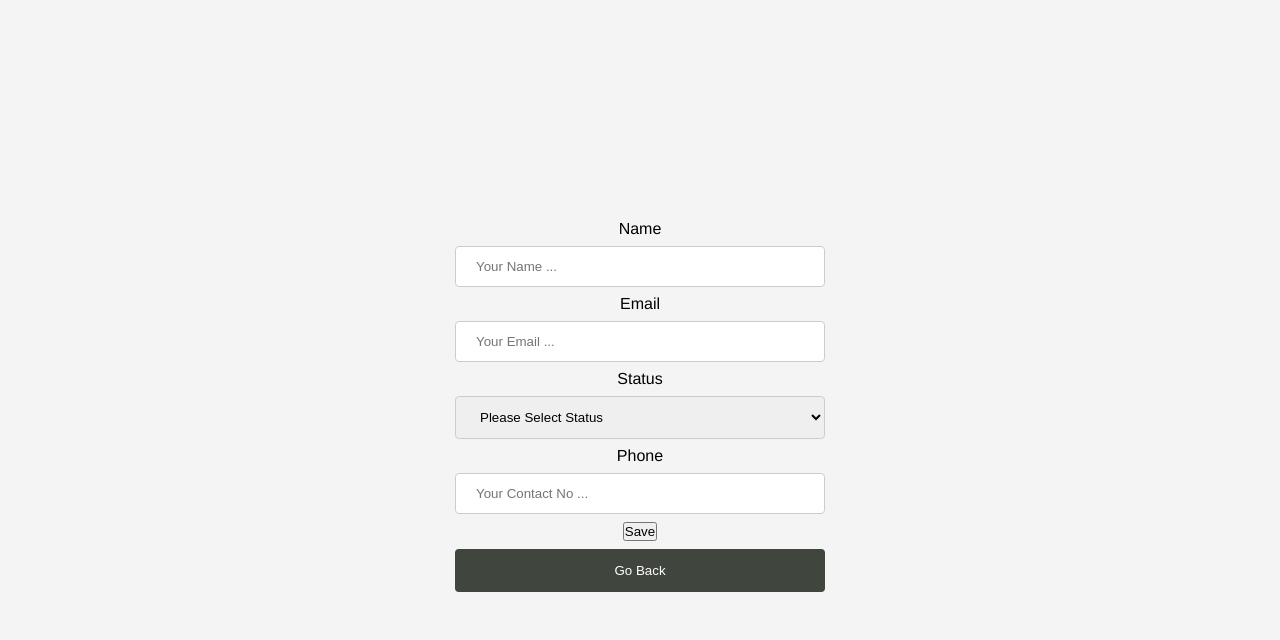
Repository: fdhhhdjd/Redux-Toolkit-CURD-Firebase
Page: /add
An editor plug-in stored every save of this project. The page is shown before and after the next save, followed by the edit.
The browser window is 1280 px wide. The pictures show the whole page.
The project was rebuilt for these pictures with package versions that can differ from the ones it lists, and the page was loaded fresh each time. Also part of the build but not shown: src/Component/Toast.js, src/Styles/Toasts.css, src/Component/Toasts.js, src/Component/Home.js, src/Styles/View.css, src/Component/View.js.

Above is the page before, as saved 2021-10-25 10:59:49.

### src/index.js
import React from "react";
import ReactDOM from "react-dom";
import "./index.css";
import App from "./App";
import store from "./Redux/Store";
import { Provider } from "react-redux";
import * as serviceWorker from "./serviceWorker";
import { ToastContextProvider } from "./ToastContext/ToastContext";

ReactDOM.render(
  <React.StrictMode>
    <Provider store={store}>
      <ToastContextProvider>
        <App />
      </ToastContextProvider>
    </Provider>
  </React.StrictMode>,
  document.getElementById("root")
);

// If you want your app to work offline and load faster, you can change
// unregister() to register() below. Note this comes with some pitfalls.
// Learn more about service workers: https://bit.ly/CRA-PWA
serviceWorker.unregister();

### src/App.js
import React from "react";
import "./App.css";
import { BrowserRouter, Switch, Route } from "react-router-dom";
import { ToastContainer } from "react-toastify";
import "react-toastify/dist/ReactToastify.css";
import { Home, View, AddEdit } from "./import/Index";
function App() {
  return (
    <>
      <BrowserRouter>
        <div className="App">
          <ToastContainer position="top-center" />
          <Switch>
            <Route exact path="/" component={Home} />
            <Route path="/add" component={AddEdit} />
            <Route path="/update/:id" component={AddEdit} />
            <Route path="/view/:id" component={View} />
          </Switch>
        </div>
      </BrowserRouter>
    </>
  );
}

export default App;

### src/Redux/Store.js
import { configureStore, createStore } from "@reduxjs/toolkit";
import logger from "redux-logger";
import thunk from "redux-thunk";
import { composeWithDevTools } from "redux-devtools-extension";
import ContactReducer from "./ContactSlice";
const middleware = [thunk];
if (process.env.NODE_ENV === "development") {
  middleware.push(logger);
}
const store = configureStore({
  reducer: {
    todos: ContactReducer,
    middleware: [logger],
  },
});

export default store;

### src/ToastContext/ToastContext.js
import React, { useState, createContext, useEffect, useRef } from "react";
export const ToastContext = createContext();
export const ToastContextProvider = ({ children }) => {
  const [list, setList] = useState([]);
  let toastProperties = null;
  const showToast = (type) => {
    switch (type) {
      case "success":
        toastProperties = {
          id: list.length + 1,
          title: "Success",
          icon: "fas fa-check-circle",
          description: "Add user Success 😊",
          backgroundColor: "toast--success",
        };
        break;
      case "danger":
        toastProperties = {
          id: list.length + 1,
          title: "Danger",
          description: "Thất bại",
          backgroundColor: "toast--error",
          button: "btn btn--danger",
          json: "fas fa-exclamation-triangle",
        };
        break;
      case "info":
        toastProperties = {
          id: list.length + 1,
          title: "Info",
          description: "Khá thành công",
          backgroundColor: "toast--info",
          json: "fas fa-info",
        };
        break;
      case "warning":
        toastProperties = {
          id: list.length + 1,
          title: "Warning",
          description: "Gần thất bại",
          backgroundColor: "toast--warning",
          json: "fas fa-radiation-alt",
        };
        break;
      default:
        toastProperties = [];
    }
    setList([...list, toastProperties]);
  };
  const data = { list, setList, showToast };

  return <ToastContext.Provider value={data}>{children}</ToastContext.Provider>;
};

### src/import/Index.js
export { default as Home } from "../Component/Home";
export { default as AddEdit } from "../Component/AddEdit";
export { default as View } from "../Component/View";

### src/Redux/ContactSlice.js
import { createSlice, createAsyncThunk } from "@reduxjs/toolkit";
import { v4 as uuidv4 } from "uuid";
import { nanoid } from "nanoid";
const initialState = {
  contacts: [
    {
      id: 1,
      name: "Nguyễn Tiến Tài",
      email: "nguyentientai10@gmai.com",
      phone: "0798805741",
      status: "Active",
    },
    {
      id: 2,
      name: "Nguyễn Hữu Quyền",
      email: "huuquyen2000@gmail.com",
      phone: "09658235656",
      status: "Inactive",
    },
    {
      id: 3,
      name: "Nguyễn Bảo Khang",
      email: "jbaokhangdesigner@gmail.com",
      phone: "0353263452",
      status: "Active",
    },
    {
      id: 4,
      name: "Bùi Huỳnh Quốc Trung	",
      email: "quoctrung@gmail.com",
      phone: "0348561815",
      status: "Inactive",
    },
    {
      id: 5,
      name: "Trần Phi Hoàng",
      email: "phihoang1@gmail.com",
      phone: "0936095986",
      status: "Active",
    },
  ],
  contact: {
    name: "",
    email: "",
    phone: "",
    status: "",
  },
  filter: "All",
};
const TodoSlice = createSlice({
  name: "todos",
  initialState,
  reducers: {
    getContact: (state, action) => {
      state.contact = state.contacts.find((item) => item.id == action.payload);
    },
    addContact: (state, action) => {
      const newData = { ...action.payload, id: uuidv4() };
      state.contacts = [...state.contacts, newData];
    },
    deleteContact: (state, action) => {
      state.contacts = state.contacts.filter(
        (item) => item.id !== action.payload
      );
    },
    updateContact: (state, action) => {
      state.contacts = state.contacts.map((item) =>
        item.id === action.payload.id ? action.payload : item
      );
    },
    setFilter: (state, action) => {
      state.filter = action.payload;
    },
  },
});
const ContactReducer = TodoSlice.reducer;
export const {
  addContact,
  deleteContact,
  getContact,
  updateContact,
  setFilter,
} = TodoSlice.actions;
export const GetTodo = (state) => state.todos;
export default ContactReducer;

### src/Component/AddEdit.js
import React, { useContext, useEffect, useState } from "react";
import {
  addContact,
  getContact,
  GetTodo,
  updateContact,
} from "../Redux/ContactSlice";
import "../Styles/AddEdit.css";
import { toast } from "react-toastify";
import { useDispatch, useSelector } from "react-redux";
import { Link, useHistory, useParams } from "react-router-dom";
import Button from "../Component/Button";
import { ToastContext } from "../ToastContext/ToastContext";
const initialState = {
  name: "",
  email: "",
  phone: "",
  status: "",
};
const AddEdit = () => {
  const [state, setState] = useState(initialState);
  const dispatch = useDispatch();
  const { showToast } = useContext(ToastContext);
  const history = useHistory();
  const { id } = useParams();
  const { name, email, phone, status } = state;
  const { contact } = useSelector(GetTodo);
  const handleSubmit = (e) => {
    e.preventDefault();
    if (!name || !email || !phone || !status) {
      toast.error("Please Enter Input !!!");
    } else {
      if (!id) {
        dispatch(addContact(state), showToast("success"));
      } else {
        dispatch(updateContact(state), toast.success("Edit user Success 👌 "));
      }
      setTimeout(() => {
        history.push("/");
      }, 500);
    }
  };
  const handleInputChange = (e) => {
    let { name, value } = e.target;
    setState({ ...state, [name]: value });
  };
  const handleDropdownChange = (e) => {
    const { name, value } = e.target;
    setState({ ...state, [name]: value });
  };
  useEffect(() => {
    dispatch(getContact(id));
    setState({ ...contact });
  }, [id, contact]);
  return (
    <>
      <div style={{ marginTop: "100px" }}>
        <form
          style={{
            margin: "auto",
            padding: "15px",
            maxWidth: "400px",
            alignContent: "center",
          }}
          onSubmit={handleSubmit}
        >
          <label htmlFor="name">Name</label>
          <input
            type="text"
            id="name"
            name="name"
            placeholder="Your Name ..."
            value={name || ""}
            onChange={handleInputChange}
          />
          <label htmlFor="email">Email</label>
          <input
            type="email"
            id="email"
            name="email"
            placeholder="Your Email ..."
            value={email || ""}
            onChange={handleInputChange}
          />
          <label htmlFor="status">Status</label>
          <select
            className="dropdown"
            name="status"
            onChange={handleDropdownChange}
          >
            <option>Please Select Status</option>
            <option value="Active" selected={status === "Active" ? status : ""}>
              Active
            </option>
            <option
              value="Inactive"
              selected={status === "Inactive" ? status : ""}
            >
              Inactive
            </option>
          </select>
          <label htmlFor="phone">Phone</label>
          <input
            type="text"
            id="phone"
            name="phone"
            placeholder="Your Contact No ..."
            value={phone || ""}
            onChange={handleInputChange}
          />
          <Button handleSubmit={handleSubmit}>Save</Button>
          <Link to="/">
            <input type="button" value="Go Back" />
          </Link>
        </form>
      </div>
    </>
  );
};

export default AddEdit;

### src/Styles/AddEdit.css
input[type="text"],
input[type="email"],
input[type="number"],
select {
  width: 100%;
  padding: 12px 20px;
  margin: 8px 0;
  display: inline-block;
  border: 1px solid #ccc;
  border-radius: 4px;
  box-sizing: border-box;
}

input[type="submit"] {
  width: 100%;
  background-color: #4caf50;
  color: white;
  padding: 14px 20px;
  margin: 8px 0;
  border: none;
  border-radius: 4px;
  cursor: pointer;
}

input[type="button"] {
  width: 100%;
  background-color: #40453e;
  color: white;
  padding: 14px 20px;
  margin: 8px 0;
  border: none;
  border-radius: 4px;
  cursor: pointer;
}

input[type="submit"]:hover {
  background-color: #45a049;
}

.dropdown {
  width: 100%;
}

### src/Component/Button.js
import React from "react";
const Button = ({ btn, handleClick, children, handleSubmit }) => (
  <button className={btn} onClick={(handleClick, handleSubmit)}>
    {children}
  </button>
);

export default Button;

### src/Styles/toast.css
 * {
  padding: 0;
  margin: 0;
  box-sizing: border-box;
}

body {
  height: 100vh;
  display: flex;
  flex-direction: column;
  font-family: "Helvetica Neue";
  background-color: #f4f4f5;
}

body > div {
  margin: auto;
}

.btn1 {
  display: inline-block;
  text-decoration: none;
  background-color: transparent;
  border: none;
  outline: none;
  color: #fff;
  padding: 12px 48px;
  border-radius: 50px;
  cursor: pointer;
  min-width: 120px;
  transition: opacity 0.2s ease;
}




.btn--size-l {
  padding: 16px 56px;
}

.btn--size-s {
  padding: 8px 32px;
}

.btn:hover {
  opacity: 0.8;
}

.btn + .btn {
  margin-left: 16px;
}

.btn--success {
  background-color: #71be34;
}

.btn--warn {
  background-color: #ffb702;
}
.btn--info {
  background-color: lightblue;
}

.btn--danger {
  background-color: #ff623d;
}

.btn--disabled {
  opacity: 0.5 !important;
  cursor: default;
}


#toast {
  position: fixed;
  top: 32px;
  right: 32px;
  z-index: 999999;
}


.toast {
  display: flex;
  align-items: center;
  background-color: #fff;
  border-radius: 2px;
  padding: 20px 0;
  min-width: 400px;
  max-width: 450px;
  border-left: 4px solid;
  box-shadow: 0 5px 8px rgba(0, 0, 0, 0.08);
  transition: all linear 0.3s;
  animation: slideInLeft ease .3s,fadeOut linear 1s 3s forwards;
}

@keyframes slideInLeft {
  from {
    opacity: 0;
    transform: translateX(calc(100% + 32px));
  }
  to {
    opacity: 1;
    transform: translateX(0);
  }
}

@keyframes fadeOut {
  to {
    opacity: 0;
  }
}

.toast--success {
  border-color: #47d864;
}

.toast--success .toast__icon {
  color: #47d864;
}

.toast--info {
  border-color: #2f86eb;
}

.toast--info .toast__icon {
  color: #2f86eb;
}

.toast--warning {
  border-color: #ffc021;
}

.toast--warning .toast__icon {
  color: #ffc021;
}

.toast--error {
  border-color: #ff623d;
}

.toast--error .toast__icon {
  color: #ff623d;
}

.toast + .toast {
  margin-top: 24px;
}

.toast__icon {
  font-size: 24px;
  width: 8rem;
  height:3rem;
}

.toast__icon,
.toast__close {
  padding: 0 16px;
}

.toast__body {
  flex-grow: 1;
}

.toast__title {
  font-size: 16px;
  font-weight: 600;
  color: #333;
}

.toast__msg {
  font-size: 14px;
  color: #888;
  margin-top: 6px;
  line-height: 1.5;
}

.toast__close {
  font-size: 20px;
  color: rgba(0, 0, 0, 0.3);
  cursor: pointer;
}
.fa{
  width: 4rem;
  height:3rem;
}

### src/Styles/Home.css
.styled-table {
    border-collapse: collapse;
    margin: auto;
    font-size: 0.9em;
    font-family: sans-serif;
    max-width: 1000px;
    box-shadow: 0 0 20px rgba(0, 0, 0, 0.15);
  }

  .styled-table thead tr {
    background-color: #009879;
    color: #ffffff;
    text-align: left;
  }

  .styled-table th,
  .styled-table td {
    padding: 12px 15px;
  }

  .styled-table tbody tr {
    border-bottom: 1px solid #dddddd;
  }

  .styled-table tbody tr:nth-of-type(even) {
    background-color: #f3f3f3;
  }

  .styled-table tbody tr:last-of-type {
    border-bottom: 2px solid #009879;
  }

  .btn {
    border: none;
    color: white;
    padding: 5px 8px;
    text-align: center;
    text-decoration: none;
    display: inline-block;
    border-radius: 5px;
    font-size: 16px;
    margin: 4px 2px;
    cursor: pointer;
  }

  .btn-edit {
    background-color: #008cba;
  }

  .btn-delete {
    background-color: #f44336;
  }

  .btn-view {
    background-color: #e7e7e7;
    color: black;
  }

  .btn-contact {
    background-color: #e82764;
    margin-bottom: 10px;
  }


  .btn-active {
    background-color: #808c4a;
    color: #fff;
  }

  .btn-inactive {
    background-color: #445f61;
    color: #fff;
  }

  .btn-reset {
    background-color: darkolivegreen;
    color: #fff;
  }
  .btn-reload{
    background-color: chartreuse;
    color: white;
  }

Loaded but not shown: public/index.html (common file); src/index.css (common file); src/serviceWorker.js (common file); src/App.css (common file)

After the next save:
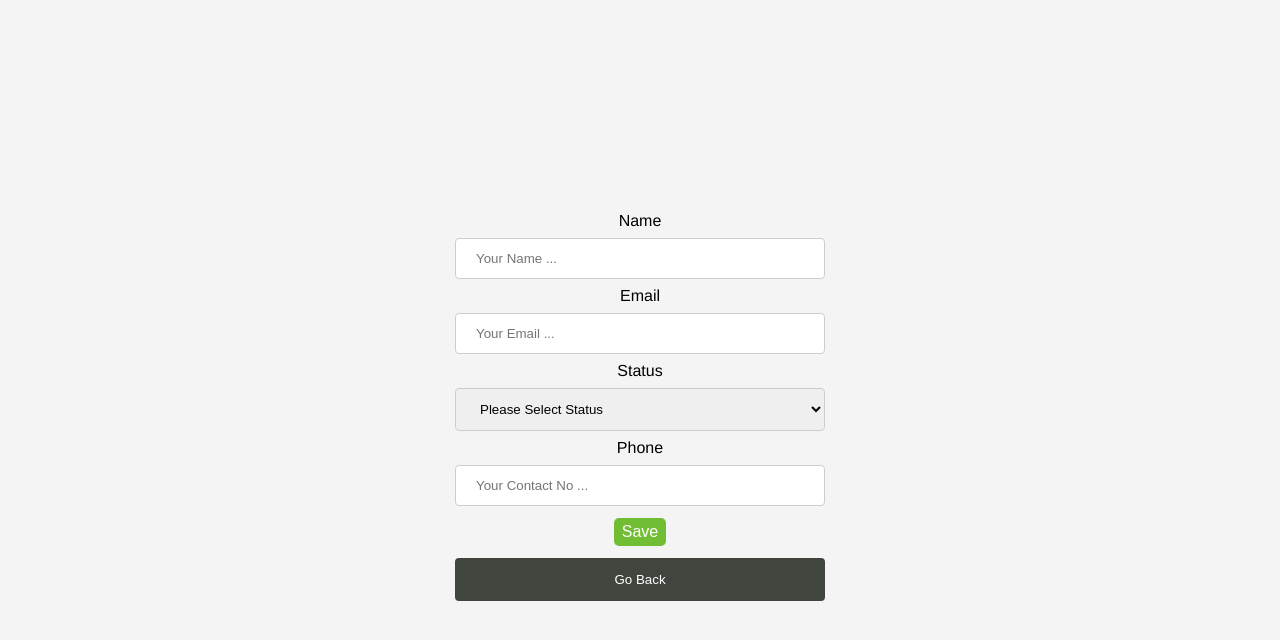
Saved 16 s later.
--- a/src/Component/AddEdit.js
+++ b/src/Component/AddEdit.js
@@ -108,7 +108,13 @@ const AddEdit = () => {
             value={phone || ""}
             onChange={handleInputChange}
           />
-          <Button handleSubmit={handleSubmit}>Save</Button>
+          <Button
+            handleSubmit={handleSubmit}
+            className="btn-success"
+            btn=" btn btn--success"
+          >
+            Save
+          </Button>
           <Link to="/">
             <input type="button" value="Go Back" />
           </Link>
